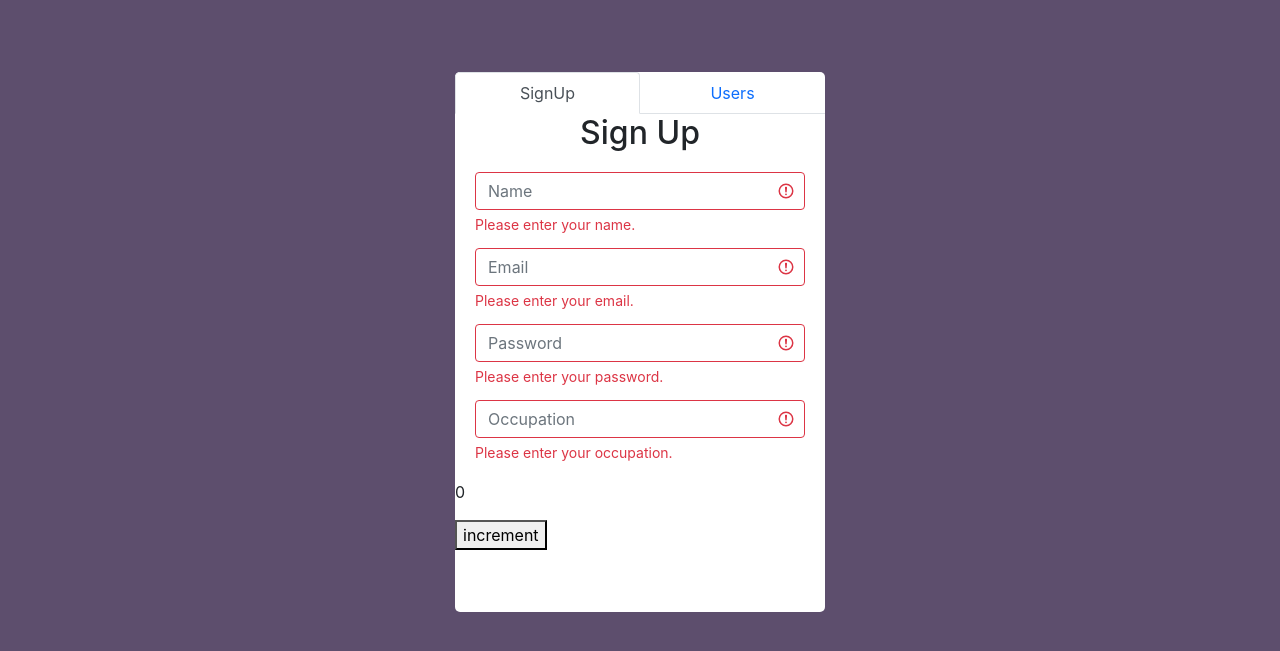
Repository: asadalibest1/SignUp-from
Page: /
An editor plug-in stored every save of this project. The page is shown before and after the next save, followed by the edit.
The browser window is 1280 px wide. The pictures show the whole page.
The project was rebuilt for these pictures with package versions that can differ from the ones it lists, and the page was loaded fresh each time.

Above is the page before, as saved 2021-02-08 12:25:19.

After the next save:
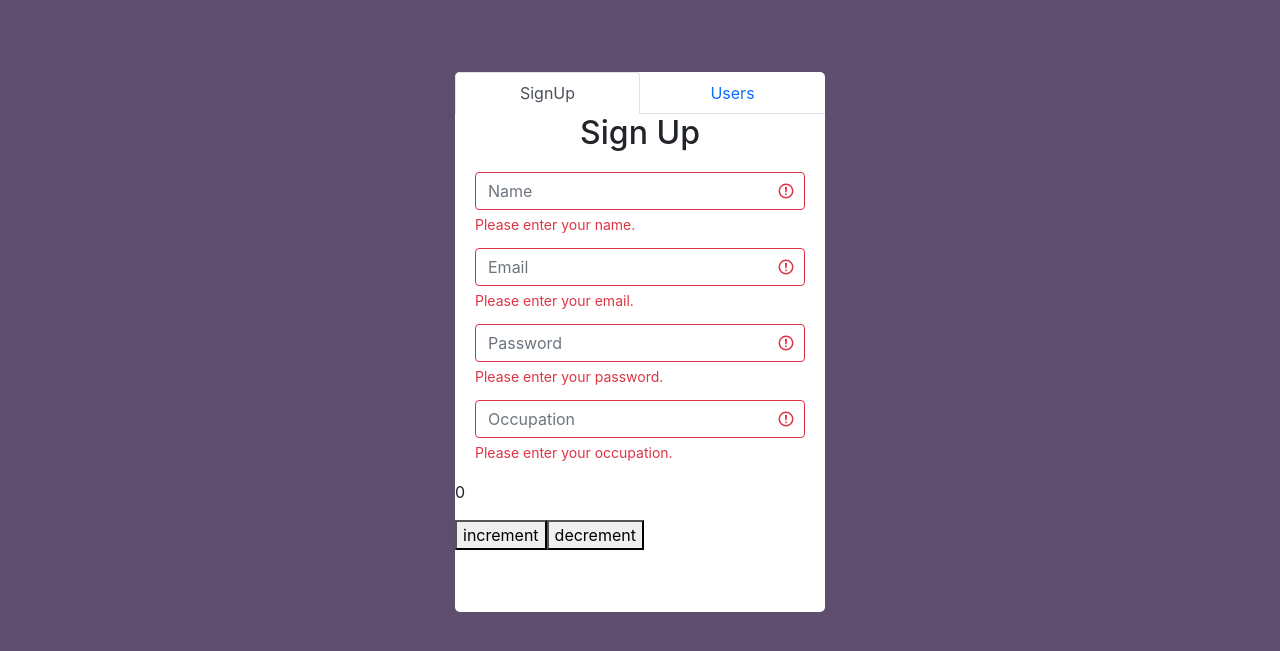
Saved 39 s later.
--- a/src/components/SignUp/SignUp.js
+++ b/src/components/SignUp/SignUp.js
@@ -3,6 +3,7 @@ import "./SignUp.css"
 
 import { useSelector, useDispatch } from 'react-redux';
 import {
+  decrement,
   increment,
   selectCount,
 } from '../../features/counter/counterSlice';
@@ -64,6 +65,7 @@ export default function SignUp() {
 </form>
 <p>{count}</p>
 <button onClick={() => dispatch(increment(count+1))} >increment</button>
+<button onClick={() => dispatch(decrement(count-1))} >decrement</button>
         </div>
     )
 }
